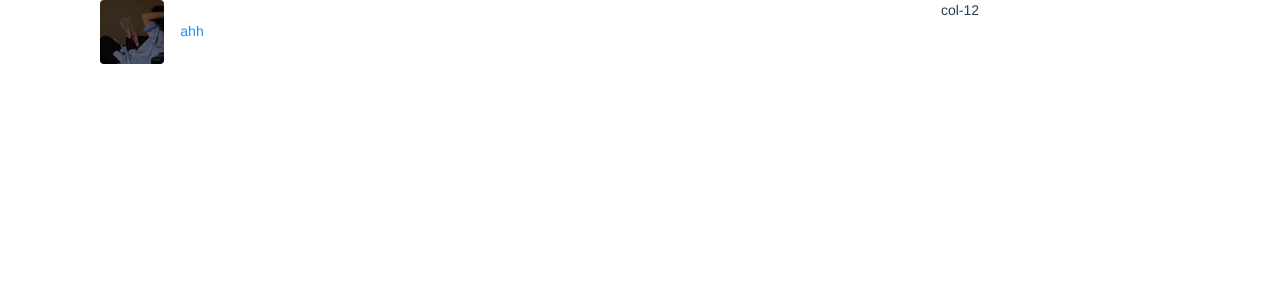
Repository: GitDjAr/blog
Page: / (app in myblog/)
An editor plug-in stored every save of this project. The page is shown before and after the next save, followed by the edit.
The browser window is 1280 px wide. The pictures show the whole page.
The project was rebuilt for these pictures with package versions that can differ from the ones it lists, and the page was loaded fresh each time. Also part of the build but not shown: myblog/webpack.config.js.

Above is the page before, as saved 2020-12-10 18:52:16.

After the next save:
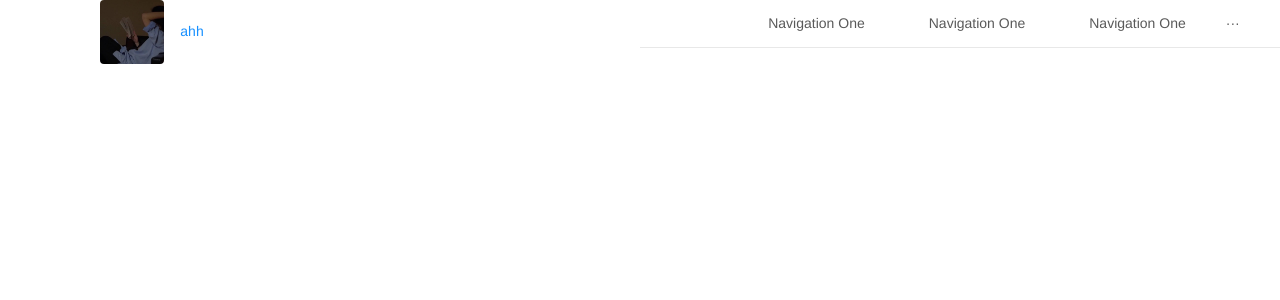
Saved 2 min 25 s later.
--- a/myblog/src/views/header/header.vue
+++ b/myblog/src/views/header/header.vue
@@ -9,7 +9,38 @@
       </a-button>
     </a-col>
     <a-col :span="12" :offset='6'>
-      col-12
+      <a-menu v-model="current" mode="horizontal">
+        <a-menu-item key="mail"> <a-icon type="mail" /></a-menu-item>
+        <a-menu-item key="mail"> <a-icon type="mail" />Navigation One </a-menu-item>
+        <a-menu-item key="mail"> <a-icon type="mail" />Navigation One </a-menu-item>
+        <a-menu-item key="mail"> <a-icon type="mail" />Navigation One </a-menu-item>
+        <a-sub-menu>
+          <span slot="title" class="submenu-title-wrapper"
+            ><a-icon type="setting" />Navigation Three - Submenu</span
+          >
+          <a-menu-item-group title="Item 1">
+            <a-menu-item key="setting:1">
+              Option 1
+            </a-menu-item>
+            <a-menu-item key="setting:2">
+              Option 2
+            </a-menu-item>
+          </a-menu-item-group>
+          <a-menu-item-group title="Item 2">
+            <a-menu-item key="setting:3">
+              Option 3
+            </a-menu-item>
+            <a-menu-item key="setting:4">
+              Option 4
+            </a-menu-item>
+          </a-menu-item-group>
+        </a-sub-menu>
+        <a-menu-item key="alipay">
+          <a href="https://antdv.com" target="_blank" rel="noopener noreferrer"
+            >Navigation Four - Link</a
+          >
+        </a-menu-item>
+      </a-menu>
     </a-col>
   </a-row>
 </div>
